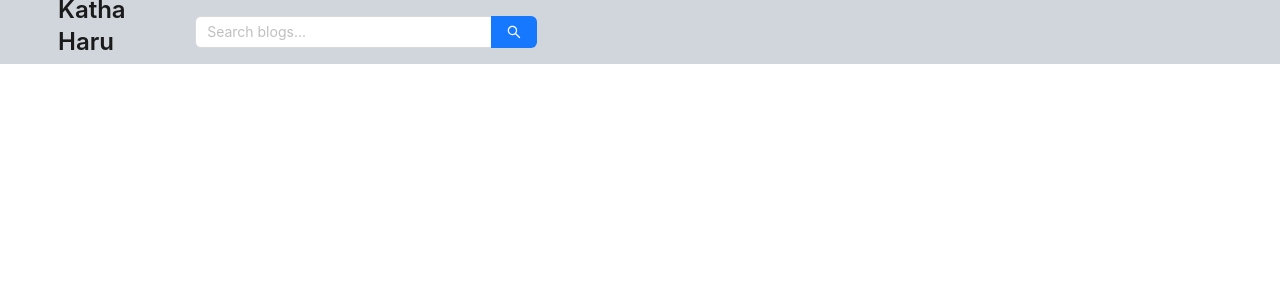
Repository: amich10/Blog_Frontend
Page: /user
These files come from the project's save history. The page is drawn as it stood at one moment and after a run of saves; the edit follows.
The browser window is 1280 px wide. The pictures show the whole page.
The project was rebuilt for these pictures with package versions that can differ from the ones it lists, and the page was loaded fresh each time. Also part of the build but not shown: vite.config.ts, src/pages/category/admin.category.tsx, src/services/user.service.tsx, src/pages/users/admin.user.list.tsx, src/components/input.component.tsx, src/pages/users/admin.adduser.tsx, src/pages/users/admin.user.edit.tsx, src/pages/category/add.category.tsx and 5 more.

Above is the page before, as saved 2025-04-25 12:14:15.

After the next 2 saves:
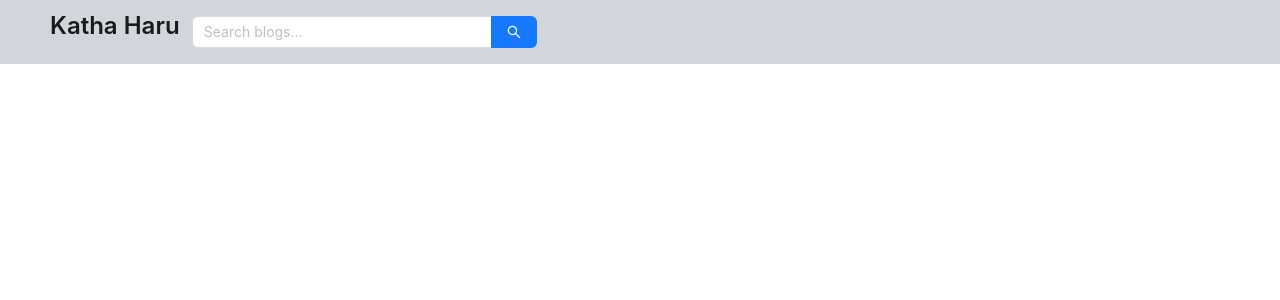
The 2 saves are shown as one change because they came seconds apart.
The last was saved 14 s later.
--- a/src/pages/user role/home page/user.header.tsx
+++ b/src/pages/user role/home page/user.header.tsx
@@ -9,7 +9,7 @@
     <>
     <Layout.Header className=' flex bg-gray-300! '>
         <div className='flex justify-center items-center'>
-          <Typography.Title level={3} className='p-2 font-serif w-50'>Katha Haru</Typography.Title>
+          <Typography.Title level={3} className=' font-serif w-50'>Katha Haru</Typography.Title>
           <Input.Search placeholder="Search blogs..." enterButton />
         </div>
 
